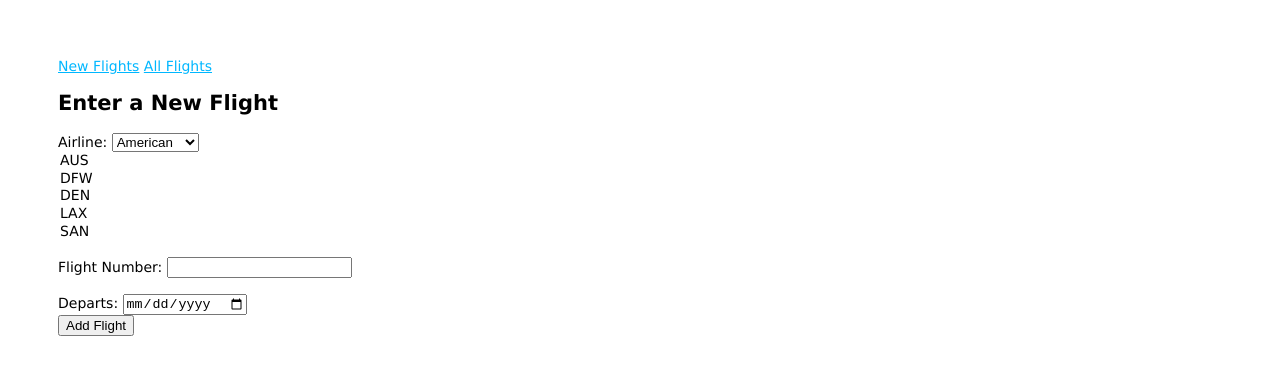
Repository: jmendoza13/mongoose-flights
Page: http://localhost/flights/new
The author's editor kept a copy of each file at every save. The page is drawn from the files as they stood at one save, then again after the next save.
The browser window is 1280 px wide. The pictures show the whole page.
The page is served by the project's Node server (server.js). Other server files are loaded and not shown.

Above is the page before, as saved 2022-07-17 22:13:56.

### views/flights/new.ejs
<%- include('../partials/header') %>

<h2>Enter a New Flight</h2>
<form action="/flights" method="POST">
    <label>Airline:
        <select name="airline">
            <option value="American">American</option>
            <option value="SouthWest">SouthWest</option>
            <option value="United">United</option>
    </label><br>
    <label>Airport:
        <select name="airport">
            <option value="AUS">AUS</option>
            <option value="DFW">DFW</option>
            <option value="DEN">DEN</option>
            <option value="LAX">LAX</option>
            <option value="SAN">SAN</option>
        </label><br>
        <label>Flight Number:
            <input type="number" name="flightNo">
        </label><br>
    </label><br>
    <label>Departs:
        <input type="date" name="departs">
    </label><br>
    <input type="submit" value="Add Flight">
</form>

<%- include('../partials/footer') %>

### views/Partials/header.ejs
<!DOCTYPE html>
<html lang="en">

<head>
    <meta charset="UTF-8">
    <meta http-equiv="X-UA-Compatible" content="IE=edge">
    <meta name="viewport" content="width=device-width, initial-scale=1.0">
    <link rel='stylesheet' href='/stylesheets/style.css' />
    <title>Flights</title>
</head>

<body>
    <nav>
        <a href="/flights/new">New Flights</a>
        <a href="/flights">All Flights</a>
    </nav>

### server.js
var createError = require('http-errors');
var express = require('express');
var path = require('path');
var cookieParser = require('cookie-parser');
var logger = require('morgan');
require('dotenv').config();

require('./config/database');
var indexRouter = require('./routes/index');
var flightsRouter = require('./routes/flights');

var app = express();

// view engine setup
app.set('views', path.join(__dirname, 'views'));
app.set('view engine', 'ejs');

app.use(logger('dev'));
app.use(express.json());
app.use(express.urlencoded({ extended: false }));
app.use(cookieParser());
app.use(express.static(path.join(__dirname, 'public')));

app.use('/', indexRouter);
app.use('/flights', flightsRouter);

// catch 404 and forward to error handler
app.use(function(req, res, next) {
  next(createError(404));
});

// error handler
app.use(function(err, req, res, next) {
  // set locals, only providing error in development
  res.locals.message = err.message;
  res.locals.error = req.app.get('env') === 'development' ? err : {};

  // render the error page
  res.status(err.status || 500);
  res.render('error');
});

module.exports = app;

### controllers/flights.js
const Flight = require('../models/flight');

module.exports = {
    new: newFlight,
    create
};

function create(req, res) {

}

function newFlight(req, res) {
    res.render('flights/new');
}

Loaded but not shown: views/Partials/footer.ejs (common file); public/stylesheets/style.css (common file)

After the next save:
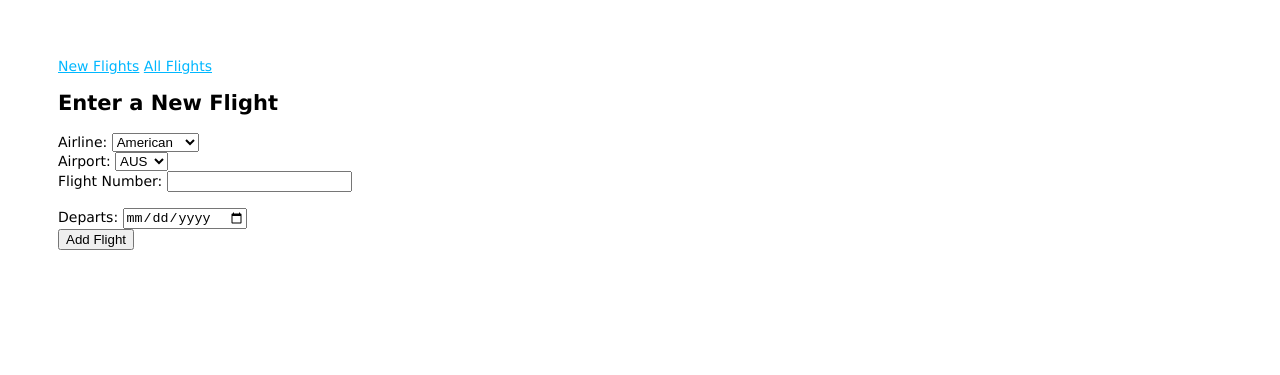
Saved 79 s later.
--- a/views/flights/new.ejs
+++ b/views/flights/new.ejs
@@ -7,6 +7,7 @@
             <option value="American">American</option>
             <option value="SouthWest">SouthWest</option>
             <option value="United">United</option>
+    </select>
     </label><br>
     <label>Airport:
         <select name="airport">
@@ -15,6 +16,7 @@
             <option value="DEN">DEN</option>
             <option value="LAX">LAX</option>
             <option value="SAN">SAN</option>
+            </select>
         </label><br>
         <label>Flight Number:
             <input type="number" name="flightNo">
